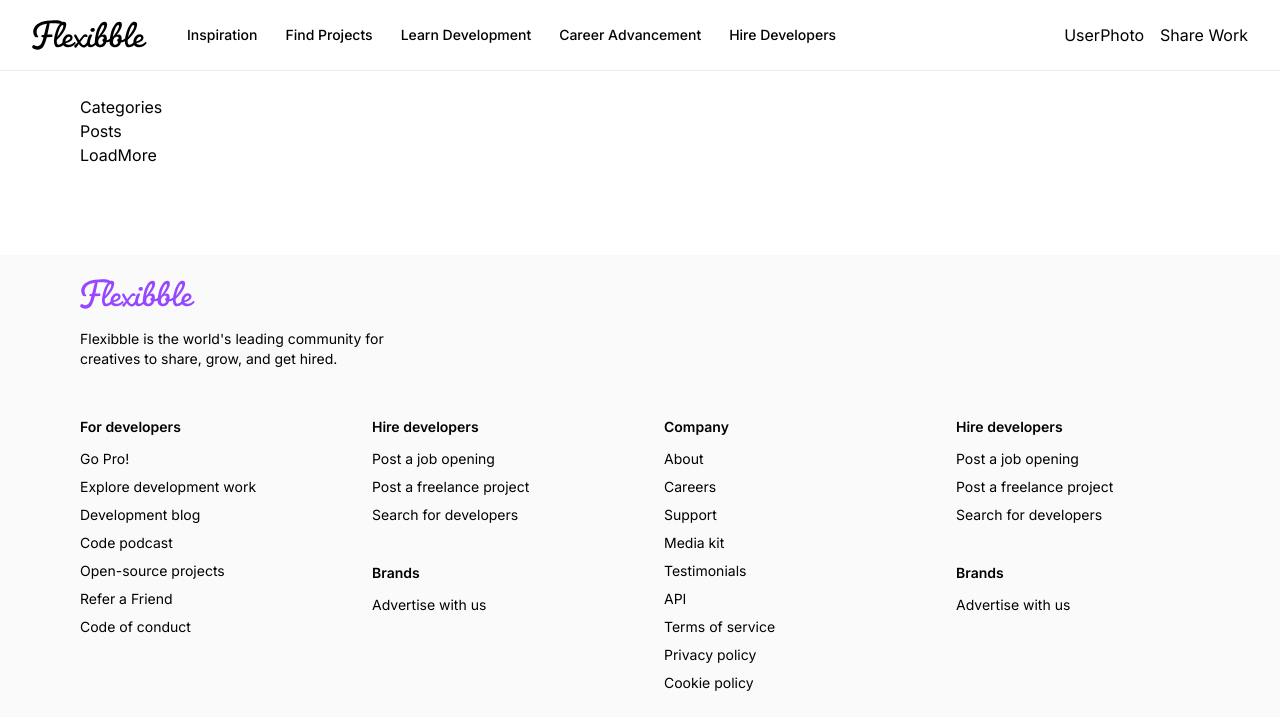
Repository: davedeguia/grafbase_flexibble
Page: /
An editor plug-in stored every save of this project. The page is shown before and after the next save, followed by the edit.
The browser window is 1280 px wide. The pictures show the whole page.
The project was rebuilt for these pictures with package versions that can differ from the ones it lists, and the page was loaded fresh each time. The framework's server and built-in components were replaced by stand-ins that run in the browser. Also part of the build but not shown: next.config.js, app/components/AuthProviders.tsx.

Above is the page before, as saved 2023-07-16 07:54:41.

After the next save:
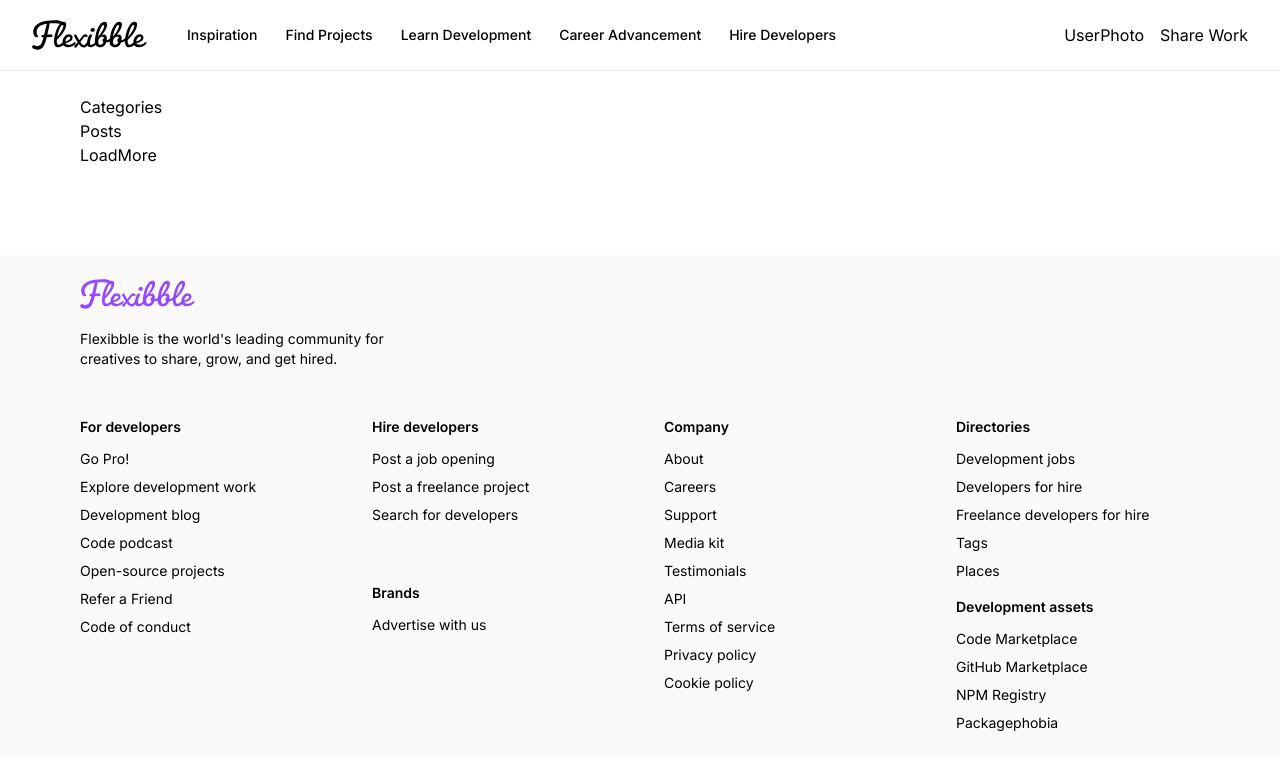
Saved 16 s later.
--- a/app/components/Footer.tsx
+++ b/app/components/Footer.tsx
@@ -60,12 +60,12 @@
           />
           <div className='flex-1 flex flex-col gap-4'>
             <FooterColumn
-              title={footerLinks[1].title}
-              links={footerLinks[1].links}
+              title={footerLinks[4].title}
+              links={footerLinks[4].links}
             />
             <FooterColumn
-              title={footerLinks[2].title}
-              links={footerLinks[2].links}
+              title={footerLinks[5].title}
+              links={footerLinks[5].links}
             />
           </div>
         </div>
